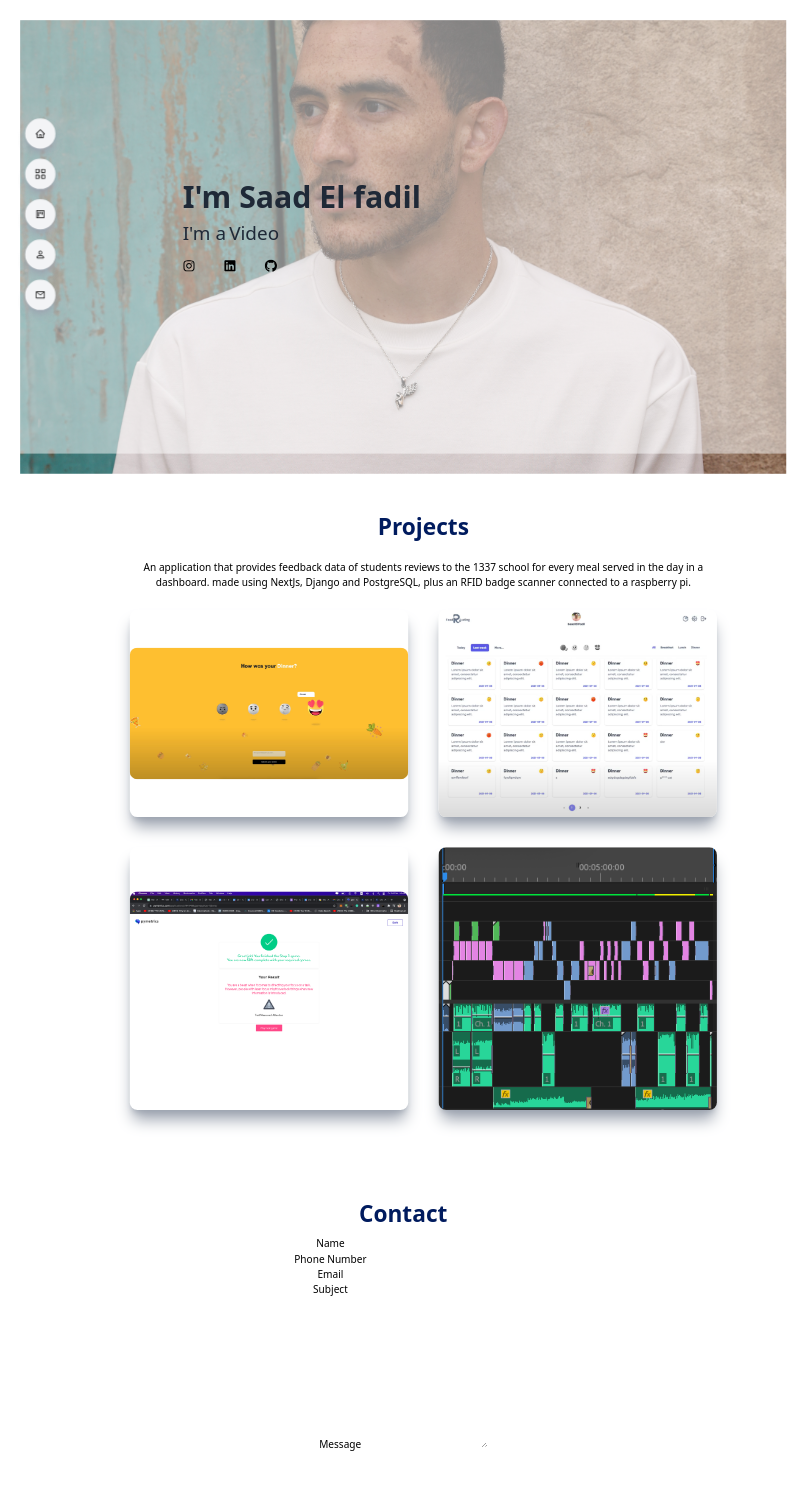
Repository: Saadelfadil/saadelfadil.github.io
Page: /
The author's editor kept a copy of each file at every save. The page is drawn from the files as they stood at one save, then again after the next save.
The browser window is 1280 px wide. The pictures show the whole page, at 63% of full size.
The project was rebuilt for these pictures with package versions that can differ from the ones it lists, and the page was loaded fresh each time. Also part of the build but not shown: vite.config.js.

Above is the page before, as saved 2023-02-26 18:52:11.

After the next save:
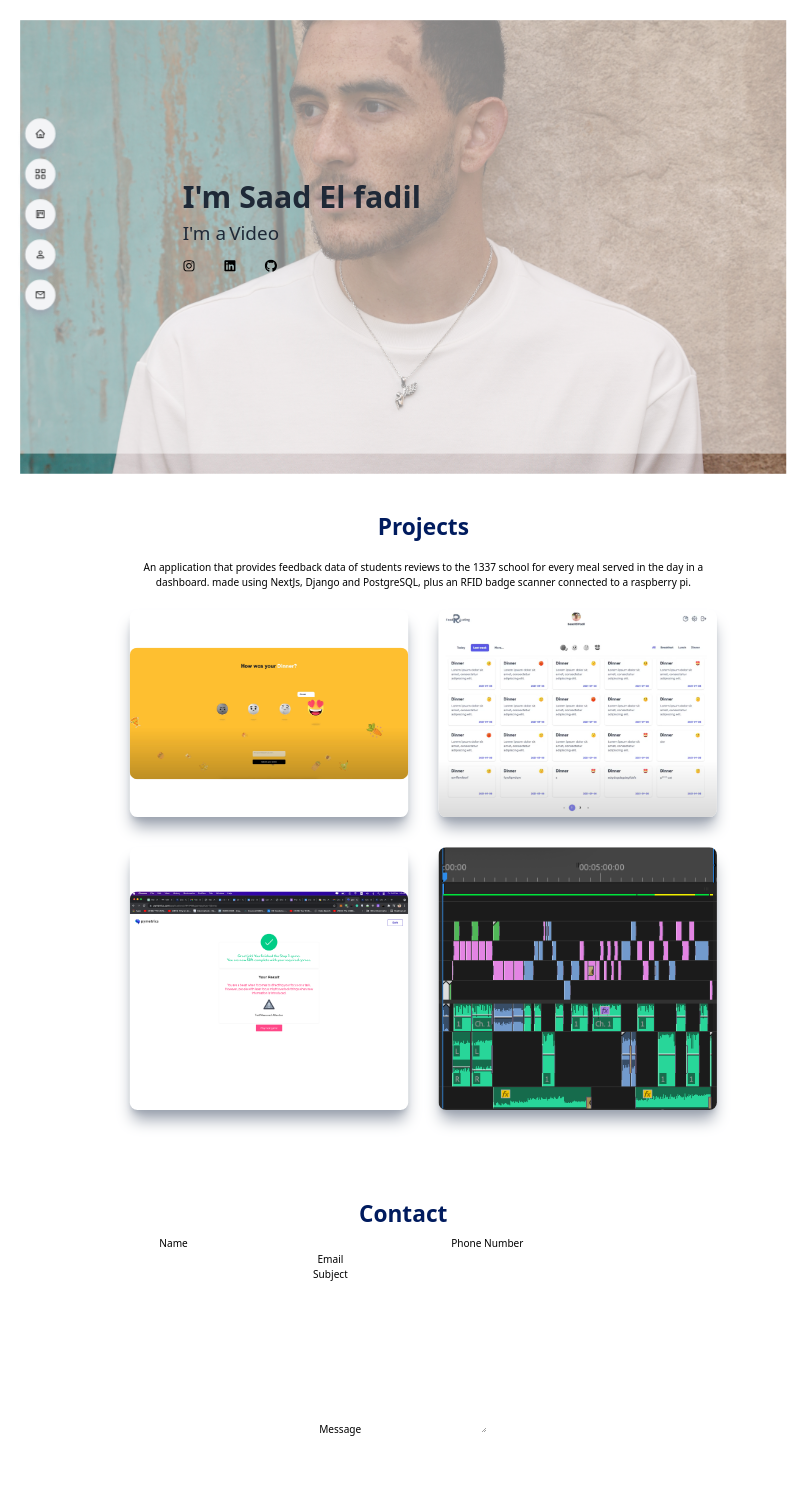
Saved 10 s later.
--- a/src/components/Contact.jsx
+++ b/src/components/Contact.jsx
@@ -7,7 +7,7 @@ const Contact = () => {
             Contact
         </h1>
         <form action="" method="POST" encType="multipart/form-data" >
-            <div className="grid ">
+            <div className="grid md:grid-cols-2 ">
                 <div>
                     <label htmlFor="">Name</label>
                     <input type="text" name="name" />
